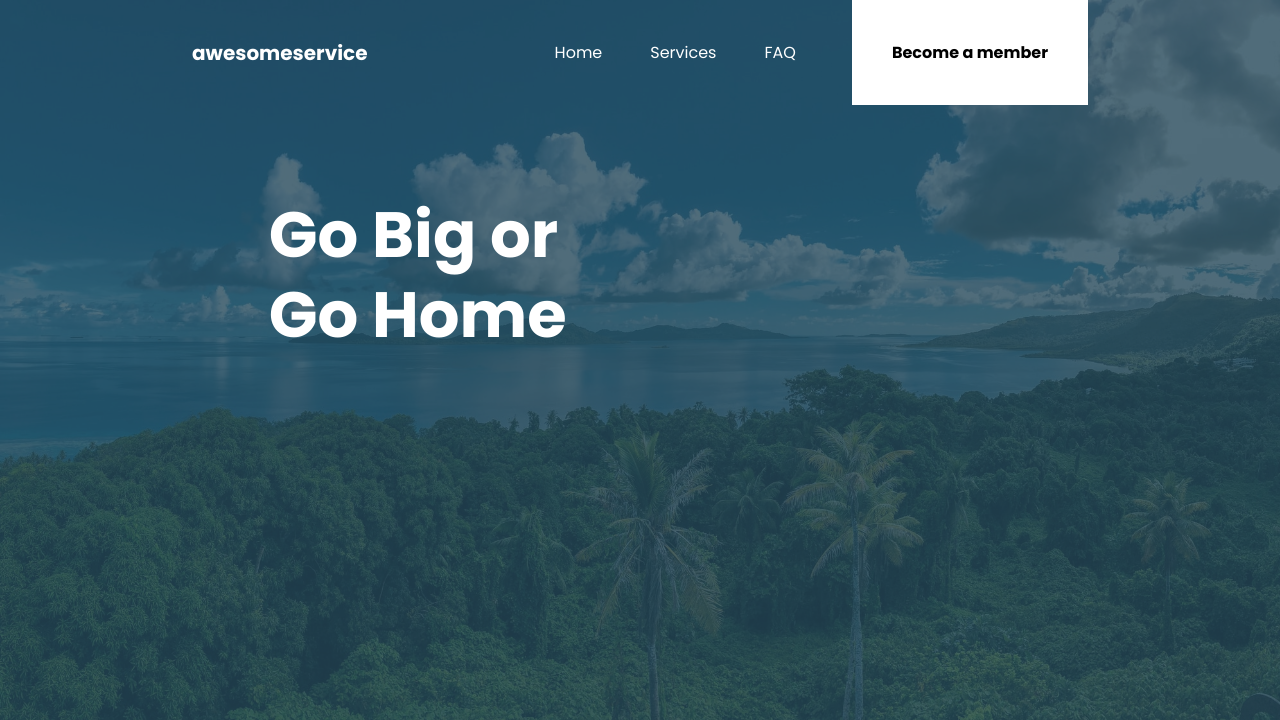
Repository: Hyperion72R/Animated-Navigation
Page: index.html
These files come from the project's save history. The page is drawn as it stood at one moment and after the next save; the edit follows.
The browser window is 1280 px wide. The pictures show the whole page.
The style sheet was rebuilt from its Sass, Less or Tailwind sources for each picture, by a compiler version that may differ from the author's.

Above is the page before, as saved 2021-08-22 14:25:20.

### index.html
<!DOCTYPE html>
<html lang="en">
  <head>
    <meta charset="UTF-8" />
    <meta http-equiv="X-UA-Compatible" content="IE=edge" />
    <meta name="viewport" content="width=device-width, initial-scale=1.0" />
    <title>Document</title>
    <link rel="stylesheet" href="css/main.css" />
  </head>
  <body>
    <header>
      <a href="#" class="logo">awesomeservice</a>

      <nav>
        <ul>
          <li><a href="#">Home</a></li>
          <li><a href="#">Services</a></li>
          <li><a href="#">FAQ</a></li>
          <li class="active"><a href="#">Become a member</a></li>
        </ul>
      </nav>
    </header>

    <section>
      <h1>Go Big or Go Home</h1>
    </section>

    <div class="overlay">
      <div class="left">
        <h2>It's so easy</h2>
        <p>You've got two options!</p>

        <div class="cards">
          <div class="card">
            <strong>Subscribe for $9 per month</strong>
            <p>
              Lorem ipsum dolor, sit amet consectetur adipisicing elit. Lorem
              ipsum dolor sit.
            </p>
            <a href="#" class="cta">Subscribe Now</a>
          </div>

          <div class="card">
            <strong>Pay $99 Once</strong>
            <p>
              Ratione quisquam, nesciunt corrupti magni quis tempora veritatis
              laudantium ex
            </p>
            <a href="#" class="cta pay-once">Pay Once</a>
          </div>
        </div>
      </div>

      <div class="middle">
        <ul class="secondary">
          <li><a href="#">Home</a></li>
          <li><a href="#">Services</a></li>
          <li><a href="#">FAQ</a></li>
          <li><a href="#">Contact</a></li>
        </ul>

        <div class="social-nav">
          <a href="" class="twitter"
            ><svg
              xmlns="http://www.w3.org/2000/svg"
              width="32"
              height="32"
              viewBox="0 -1.15 32 32"
            >
              <path
                d="M24 4.557c-.883.392-1.832.656-2.828.775 1.017-.609 1.798-1.574 2.165-2.724-.951.564-2.005.974-3.127 1.195-.897-.957-2.178-1.555-3.594-1.555-3.179 0-5.515 2.966-4.797 6.045-4.091-.205-7.719-2.165-10.148-5.144-1.29 2.213-.669 5.108 1.523 6.574-.806-.026-1.566-.247-2.229-.616-.054 2.281 1.581 4.415 3.949 4.89-.693.188-1.452.232-2.224.084.626 1.956 2.444 3.379 4.6 3.419-2.07 1.623-4.678 2.348-7.29 2.04 2.179 1.397 4.768 2.212 7.548 2.212 9.142 0 14.307-7.721 13.995-14.646.962-.695 1.797-1.562 2.457-2.549z"
              /></svg
          ></a>
          <a href="" class="facebook"
            ><svg
              xmlns="http://www.w3.org/2000/svg"
              width="32"
              height="32"
              viewBox="0 0 32 32"
            >
              <path
                d="M9 8h-3v4h3v12h5v-12h3.642l.358-4h-4v-1.667c0-.955.192-1.333 1.115-1.333h2.885v-5h-3.808c-3.596 0-5.192 1.583-5.192 4.615v3.385z"
              /></svg
          ></a>
        </div>
      </div>

      <div class="right">
        <svg
          class="exit"
          xmlns="http://www.w3.org/2000/svg"
          width="58"
          height="58"
          viewBox="0 0 58 58"
        >
          <path
            d="M24 20.188l-8.315-8.209 8.2-8.282-3.697-3.697-8.212 8.318-8.31-8.203-3.666 3.666 8.321 8.24-8.206 8.313 3.666 3.666 8.237-8.318 8.285 8.203z"
          />
        </svg>
      </div>
    </div>
  </body>
</html>

### css/main.scss
@import url("https://fonts.googleapis.com/css2?family=Poppins:ital,wght@0,400;0,500;0,600;0,700;0,800;0,900;1,400;1,500;1,600;1,700;1,800;1,900&display=swap");

*,
*:before,
*::after {
  box-sizing: border-box;
}

body::after {
  content: "";
  display: block;
  width: 100%;
  //   height: 108%;
  height: 100%;
  //   background-color: rgba(51, 51, 51, 0.5);
  background: rgba(38, 73, 91, 0.8);

  position: absolute;
  top: 0;
  left: 0;
  right: 0;
  bottom: 0;
  z-index: -10;
}

body {
  height: 100vh;
  //   background: #8000ff url("../assets/images/bg.jpg");
  //   background: linear-gradient(rgba(4, 230, 168, 0.8), rgba(44, 189, 230, 0.8)),
  //     url("../assets/images/bg.jpg");
  background: url("../assets/images/bg.jpg");
  //   object-fit: scale-down;
  background-size: cover;
  color: white;
  font-family: "Poppins";
  margin: 0;
  //   background-position: center;
  //   padding: 0;
  //   overflow: hidden;
  background-repeat: no-repeat;
}

ul {
  list-style-type: none;
  margin: 0;
  padding: 0;
}

section,
header {
  width: 70%;
  margin: 0 auto;
}

// .social-nav,
// .right {
//   display: none;
// }

.overlay {
  display: none;
}

header {
  display: flex;
  justify-content: space-between;
  align-items: center;

  a {
    color: white;
    text-decoration: none;
    padding: 2em;
  }

  a.logo {
    font-weight: bold;
    font-size: 1.25rem;
    padding: 0;
  }

  nav ul {
    display: flex;

    a {
      padding: 2.5em 1.5em;
      display: block;
    }

    li.active a {
      font-weight: bold;
      background: white;
      color: black;
      margin-left: 2em;
      padding: 2.5em;
    }
  }
}

h1 {
  font-size: 4rem;
  width: 40%;
  line-height: 5rem;
  margin-left: 1.2em;
  // margin-left: 2em;
  // margin-top: 2.8em;
  margin-top: 1.4em;
}

After the next save:
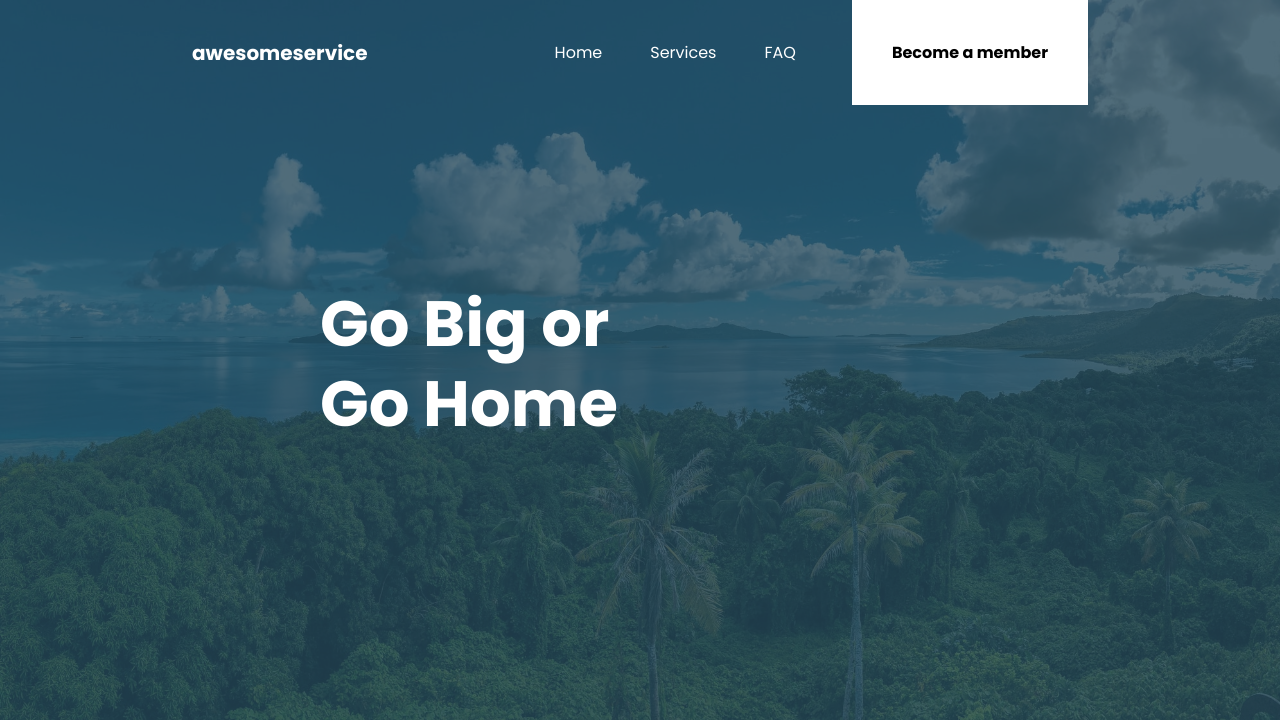
Saved 23 s later.
--- a/css/main.scss
+++ b/css/main.scss
@@ -100,8 +100,8 @@ h1 {
   font-size: 4rem;
   width: 40%;
   line-height: 5rem;
-  margin-left: 1.2em;
-  // margin-left: 2em;
-  // margin-top: 2.8em;
-  margin-top: 1.4em;
+  // margin-left: 1.2em;
+  margin-left: 2em;
+  margin-top: 2.8em;
+  // margin-top: 1.4em;
 }
